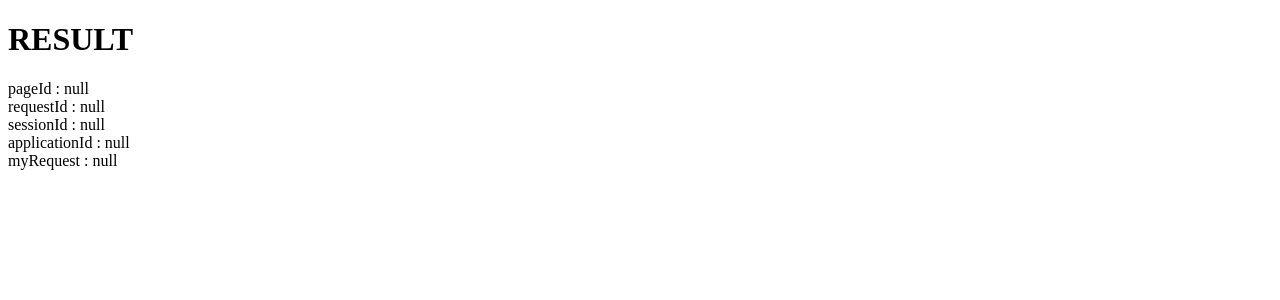
Repository: jmjnssss/CodingTest
Page: http://localhost/Jsp06_Scope/scope.do
An editor plug-in stored every save of this project. The page is shown before and after a run of saves, followed by the edit.
The browser window is 1280 px wide. The pictures show the whole page.
The page is served by Tomcat 9.

Above is the page before, as saved 2021-02-24 01:11:44.

### Jsp06_Scope/WebContent/result.jsp
<%@ page language="java" contentType="text/html; charset=UTF-8"
    pageEncoding="UTF-8"%>

<% request.setCharacterEncoding("UTF-8"); %>
<% response.setContentType("text/html; charset=UTF-8"); %>

<!DOCTYPE html>
<html>
<head>
<meta charset="UTF-8">
<title>Insert title here</title>
</head>
<body>

	<h1>RESULT</h1>

	pageId : <%=pageContext.getAttribute("pageId") %><br/>
	requestId : <%=request.getAttribute("requestId") %><br/>
	sessionId : <%=session.getAttribute("sessionId") %><br/>
	applicationId : <%=application.getAttribute("applicationId") %><br/>
	myRequest : <%=request.getAttribute("myRequest") %><br/>
</body>
</html>

### Jsp06_Scope/src/com/scope/controller/ScopeController.java
package com.scope.controller;

import java.io.IOException;
import java.io.PrintWriter;

import javax.servlet.RequestDispatcher;
import javax.servlet.ServletContext;
import javax.servlet.ServletException;
import javax.servlet.annotation.WebServlet;
import javax.servlet.http.HttpServlet;
import javax.servlet.http.HttpServletRequest;
import javax.servlet.http.HttpServletResponse;
import javax.servlet.http.HttpSession;

@WebServlet("/ScopeController")
public class ScopeController extends HttpServlet {
	private static final long serialVersionUID = 1L;

	protected void doGet(HttpServletRequest request, HttpServletResponse response) throws ServletException, IOException {
		request.setCharacterEncoding("UTF-8");
		response.setContentType("text/html; charset=UTF-8");

		String requestId = request.getAttribute("requestId") + "";
		// 객체라서 + "" 로 형변환
		HttpSession session = request.getSession();
		String sessionId = session.getAttribute("sessionId") + "";

		ServletContext application = getServletContext();
		String applicationId = application.getAttribute("applicationId") + "";

		System.out.println("requestId : "+ requestId);
		System.out.println("sessionId : "+ sessionId);
		System.out.println("applicationId : "+ applicationId);

		String myRequest = request.getParameter("myRequest")+"";
		System.out.println("myRequest : " + myRequest);

		PrintWriter out = response.getWriter();
		String html = "<h1>응답</h1>"
				    + "<table border='1'>"
					    + "<tr>"
						    + "<th>request</th>"
					  //    + "<td>" + requestId + "</td>"
					  		+"<td>" + myRequest + "</td>"
					    + "</tr>"
					    + "<tr>"
						    + "<th>session</th>"
						    + "<td>" + sessionId + "</td>"
					    + "</tr>"
					    + "<tr>"
						    + "<th>application</th>"
						    + "<td>" + applicationId + "</td>"
					    + "</tr>"
				    + "</table>";

		out.println(html);

		// request와 response를 전달
		RequestDispatcher dispatch = request.getRequestDispatcher("result.jsp");
		dispatch.forward(request, response);



	}

	protected void doPost(HttpServletRequest request, HttpServletResponse response) throws ServletException, IOException {
		doGet(request, response);
	}

}

After the next 2 saves:
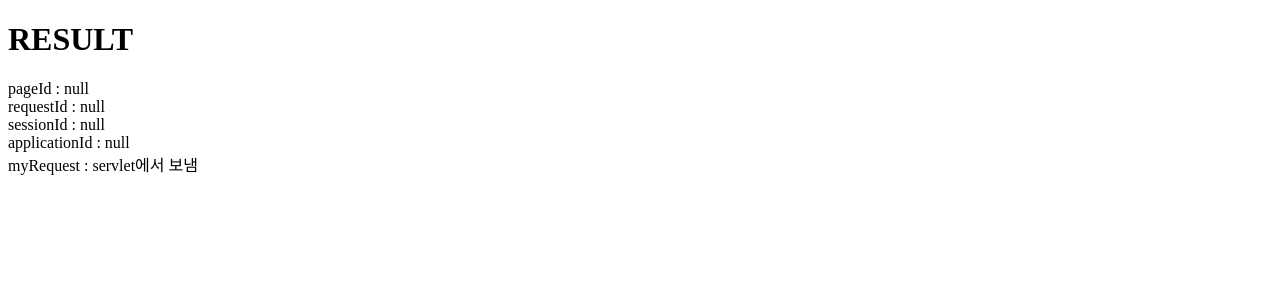
The 2 saves are shown as one change because they came seconds apart.
The last was saved 26 min 47 s later.
--- a/Jsp06_Scope/src/com/scope/controller/ScopeController.java
+++ b/Jsp06_Scope/src/com/scope/controller/ScopeController.java
@@ -55,6 +55,8 @@ public class ScopeController extends HttpServlet {
 
 		out.println(html);
 
+		request.setAttribute("myRequest", "servlet에서 보냄");
+
 		// request와 response를 전달
 		RequestDispatcher dispatch = request.getRequestDispatcher("result.jsp");
 		dispatch.forward(request, response);
